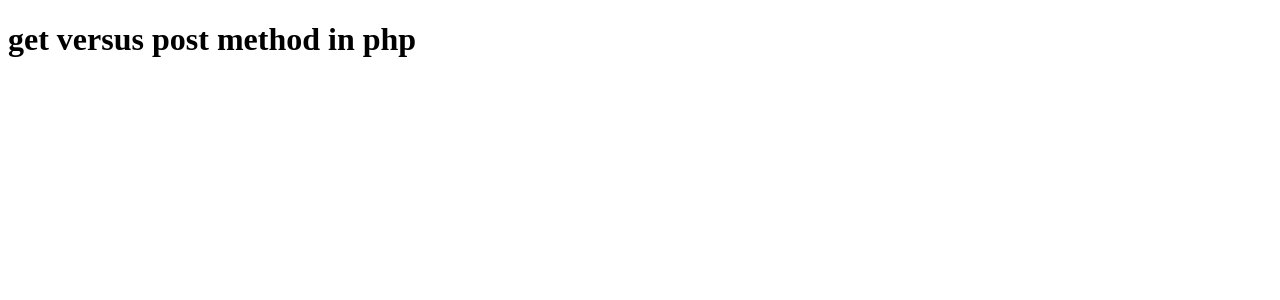
Repository: balderb/post_vs_get2
Page: http://localhost/
These files come from the project's save history. The page is drawn as it stood at one moment and after the next save; the edit follows.
The browser window is 1280 px wide. The pictures show the whole page.
The page is run by PHP 8.4 with error messages shown; the project is at /var/www/html/.

Above is the page before, as saved 2020-09-10 22:06:54.

After the next save:
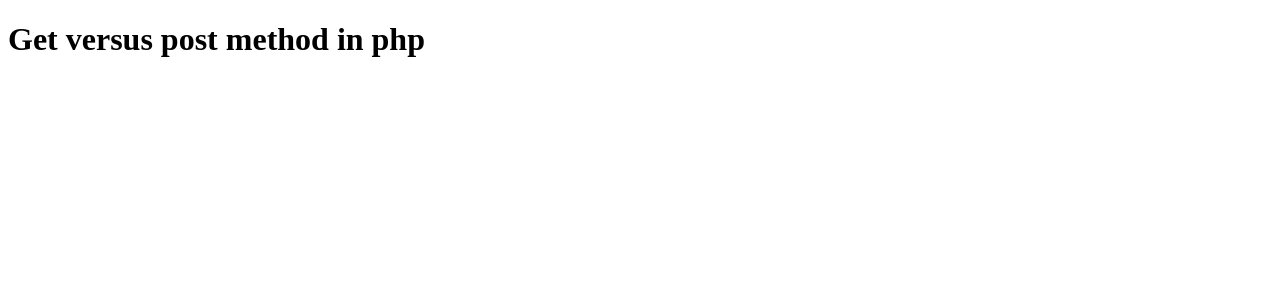
Saved 5 s later.
--- a/index.php
+++ b/index.php
@@ -6,6 +6,6 @@
     <title>get versus post method in php</title>
 </head>
 <body>
-    <h1>get versus post method in php</h1>
+    <h1>Get versus post method in php</h1>
 </body>
 </html>
